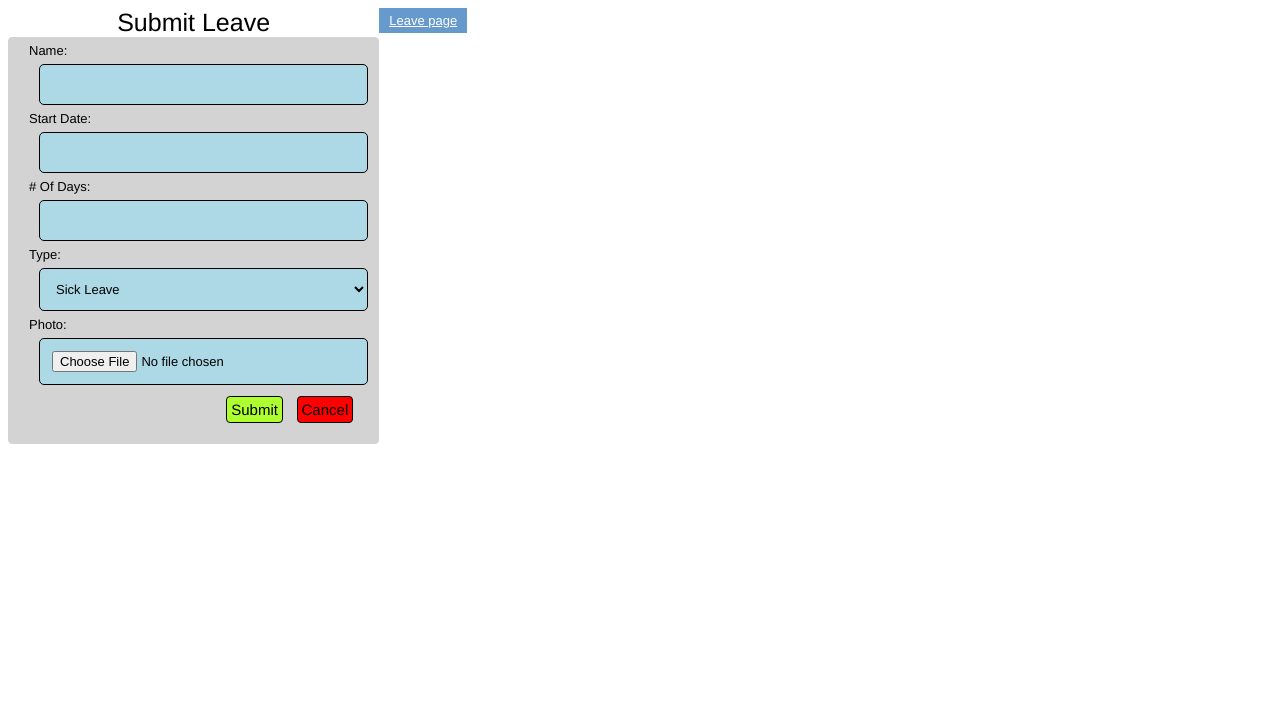
Repository: Murad71/BasicCRUD
Page: index.html
An editor plug-in stored every save of this project. The page is shown before and after the next save, followed by the edit.
The browser window is 1280 px wide. The pictures show the whole page.

Above is the page before, as saved 2023-04-18 20:24:32.

After the next save:
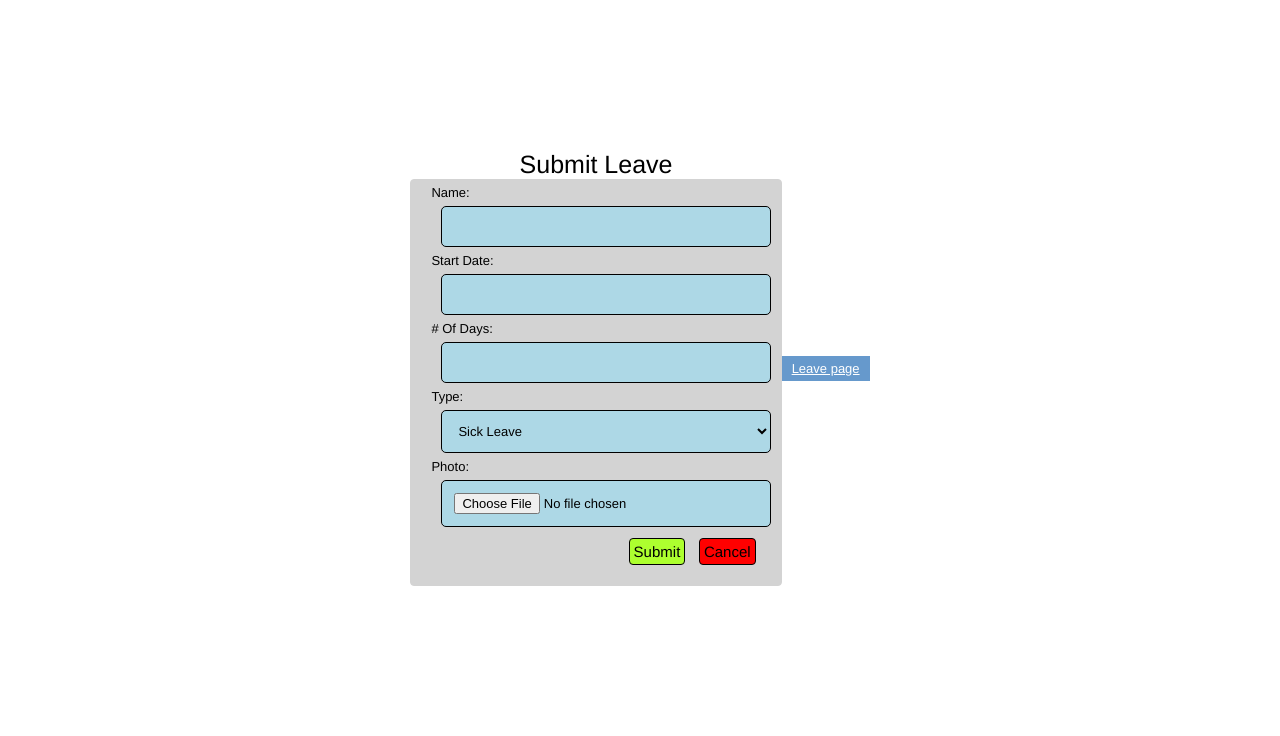
Saved 3 min 19 s later.
--- a/index.css
+++ b/index.css
@@ -6,8 +6,10 @@
 
 .flex1
 {
-  align-self: flex-end;
+  align-items: center;
   display: flex;
+  justify-content: center;
+  height: 100vh;
 }
 
 .container {
